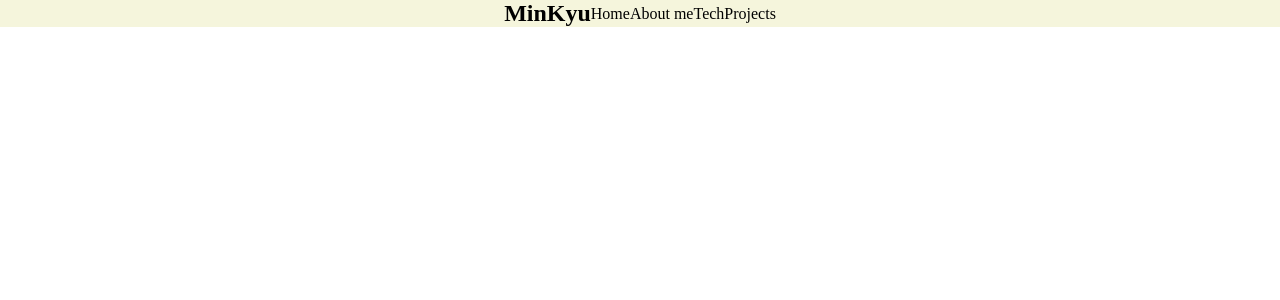
Repository: alsrb0504/portfolio-blog
Page: /
These files come from the project's save history. The page is drawn as it stood at one moment and after the next save; the edit follows.
The browser window is 1280 px wide. The pictures show the whole page.
The project was rebuilt for these pictures with package versions that can differ from the ones it lists, and the page was loaded fresh each time. Also part of the build but not shown: src/app.module.css.

Above is the page before, as saved 2021-07-12 15:43:40.

After the next save:
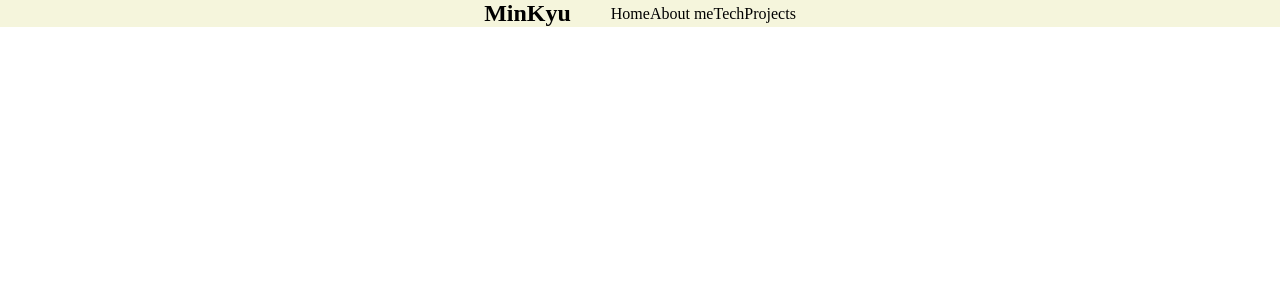
Saved 4 s later.
--- a/src/components/header/header.module.css
+++ b/src/components/header/header.module.css
@@ -7,12 +7,12 @@
 }
 
 .title {
-  margin: 0;
+  /* margin: 0; */
 }
 
 .menus {
-  margin: 0;
-  padding: 0;
+  /* margin: 0; */
+  /* padding: 0; */
   display: flex;
 }
 
